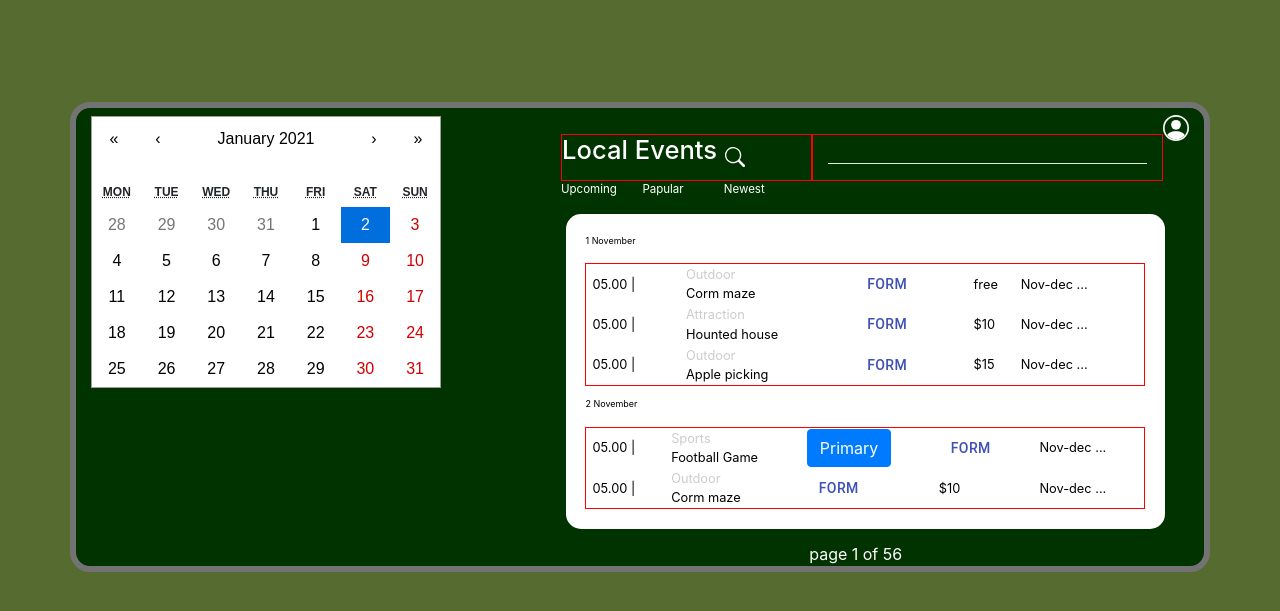
Repository: lalji-yadav/Calendar-code
Page: /
These files come from the project's save history. The page is drawn as it stood at one moment and after the next save; the edit follows.
The browser window is 1280 px wide. The pictures show the whole page.
The project was rebuilt for these pictures with package versions that can differ from the ones it lists, and the page was loaded fresh each time. Also part of the build but not shown: src/App.css.

Above is the page before, as saved 2021-01-04 13:42:12.

After the next save:
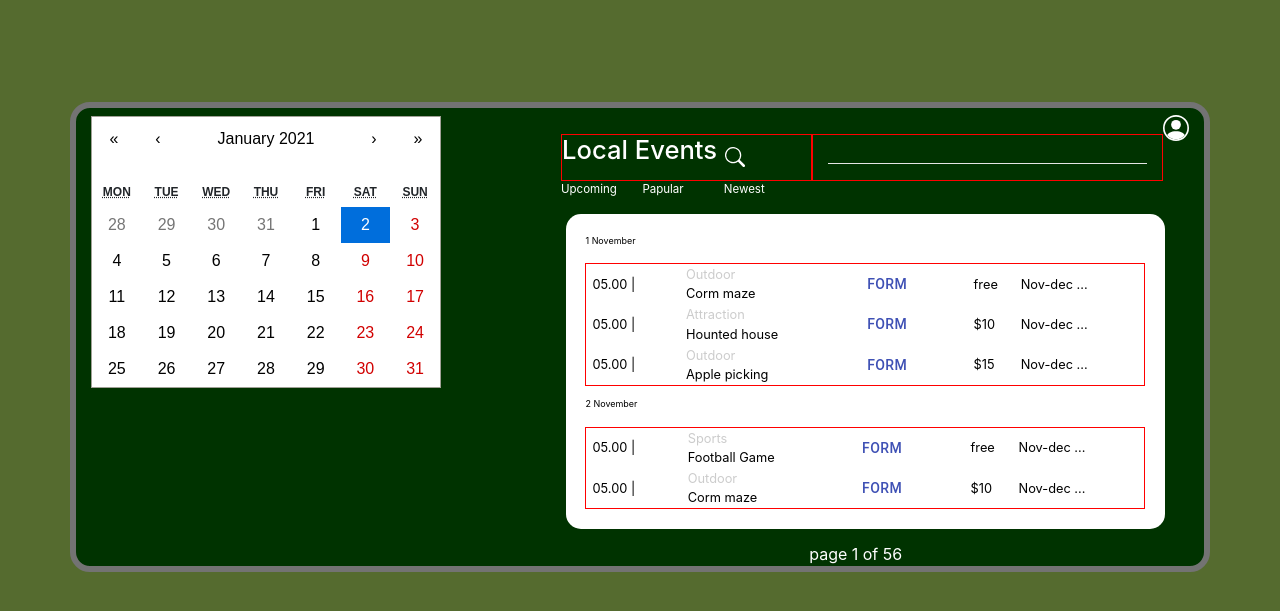
Saved 36 s later.
--- a/src/calendar/Home.js
+++ b/src/calendar/Home.js
@@ -90,8 +90,8 @@ function Home() {
                       <tr>
                         <td style={{padding:"6px"}}>05.00 |</td>
                         <td> <span style={{color:"#cccccc"}}>Sports</span> <br/> Football Game</td>
-                        <td> <button type="button" class="btn btn-primary">Primary</button></td>
                         <td><Button color="primary">Form</Button></td>
+                        <td>free</td>
                         <td>Nov-dec ...</td>
                       </tr>
                       <tr>
